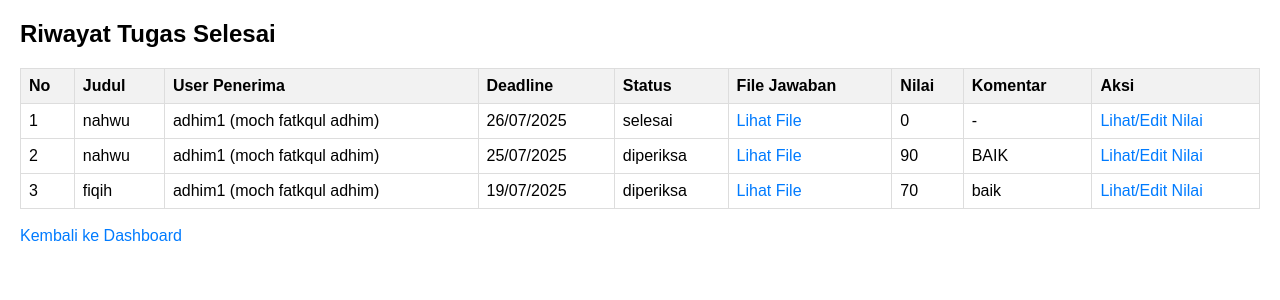
Repository: fatkquladhim/multimedia_app
Page: http://localhost/admin/beri tugas/tugas_selesai_riwayat.php
An editor plug-in stored every save of this project. The page is shown before and after the next save, followed by the edit.
The browser window is 1280 px wide. The pictures show the whole page.
The page is run by PHP 8.4 with error messages shown; the project is at /var/www/html/. The session is filled in as if someone had signed in: {"user_id": 2, "username": "asep", "role": "admin"}. The database holds what the project's SQL file puts in it.

Above is the page before, as saved 2025-07-14 21:53:25.

After the next save:
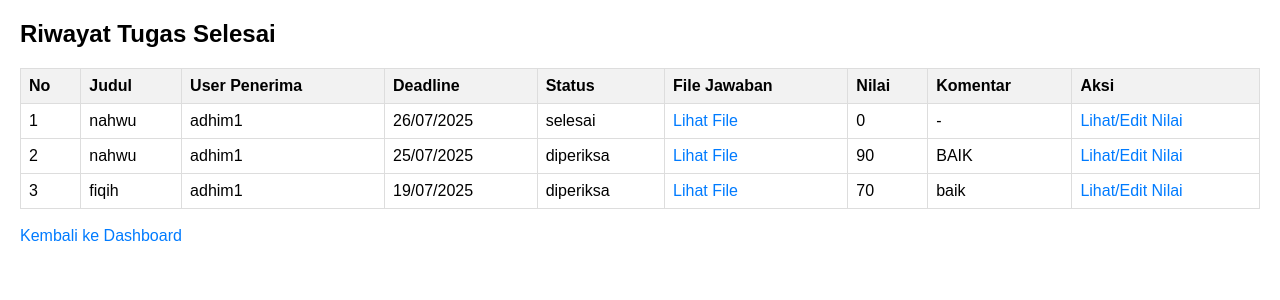
Saved 108 s later.
--- a/admin/beri tugas/tugas_selesai_riwayat.php
+++ b/admin/beri tugas/tugas_selesai_riwayat.php
@@ -83,7 +83,7 @@ $result = $conn->query($query);
             <tr>
                 <td><?php echo $no++; ?></td>
                 <td><?php echo htmlspecialchars($row['judul']); ?></td>
-                <td><?php echo htmlspecialchars($row['penerima_username'] . ' (' . ($row['penerima_nama_lengkap'] ?? 'Nama tidak ada') . ')'); ?></td>
+                <td><?php echo htmlspecialchars($row['penerima_username'] ); ?></td>
                 <td><?php echo date('d/m/Y', strtotime($row['deadline'])); ?></td>
                 <td><?php echo htmlspecialchars($row['status']); ?></td>
                 <td>
